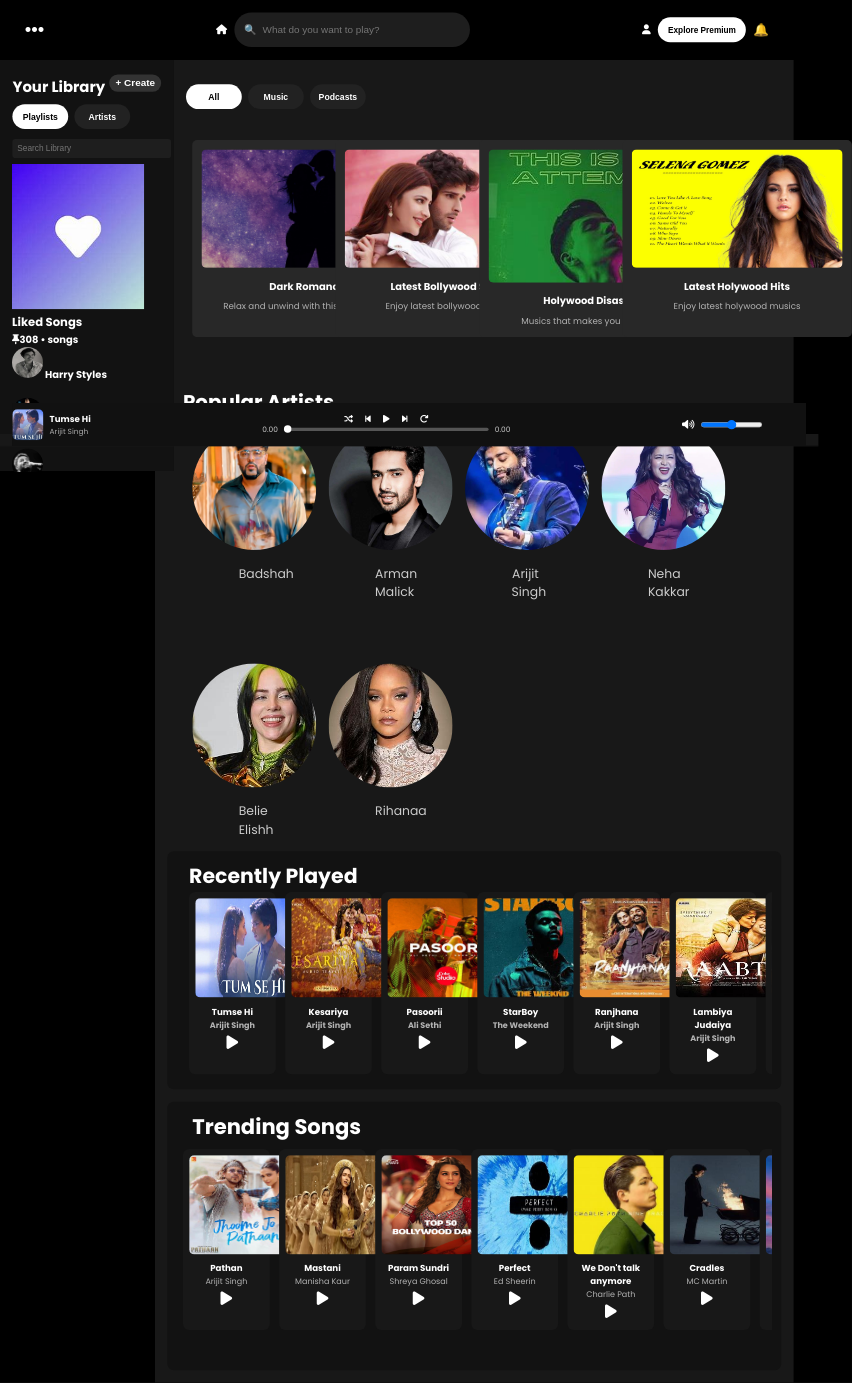
Repository: IshikaSinghRajput/Spotify_Clone
Page: index.html
The author's editor kept a copy of each file at every save. The page is drawn from the files as they stood at one save, then again after the next save.
The browser window is 1280 px wide. The page is 1374 px wide, so the pictures cover 1374 px, including what lies to the right of the window. The pictures show the whole page, at 62% of full size.

Above is the page before, as saved 2025-04-26 15:49:51.

After the next save:
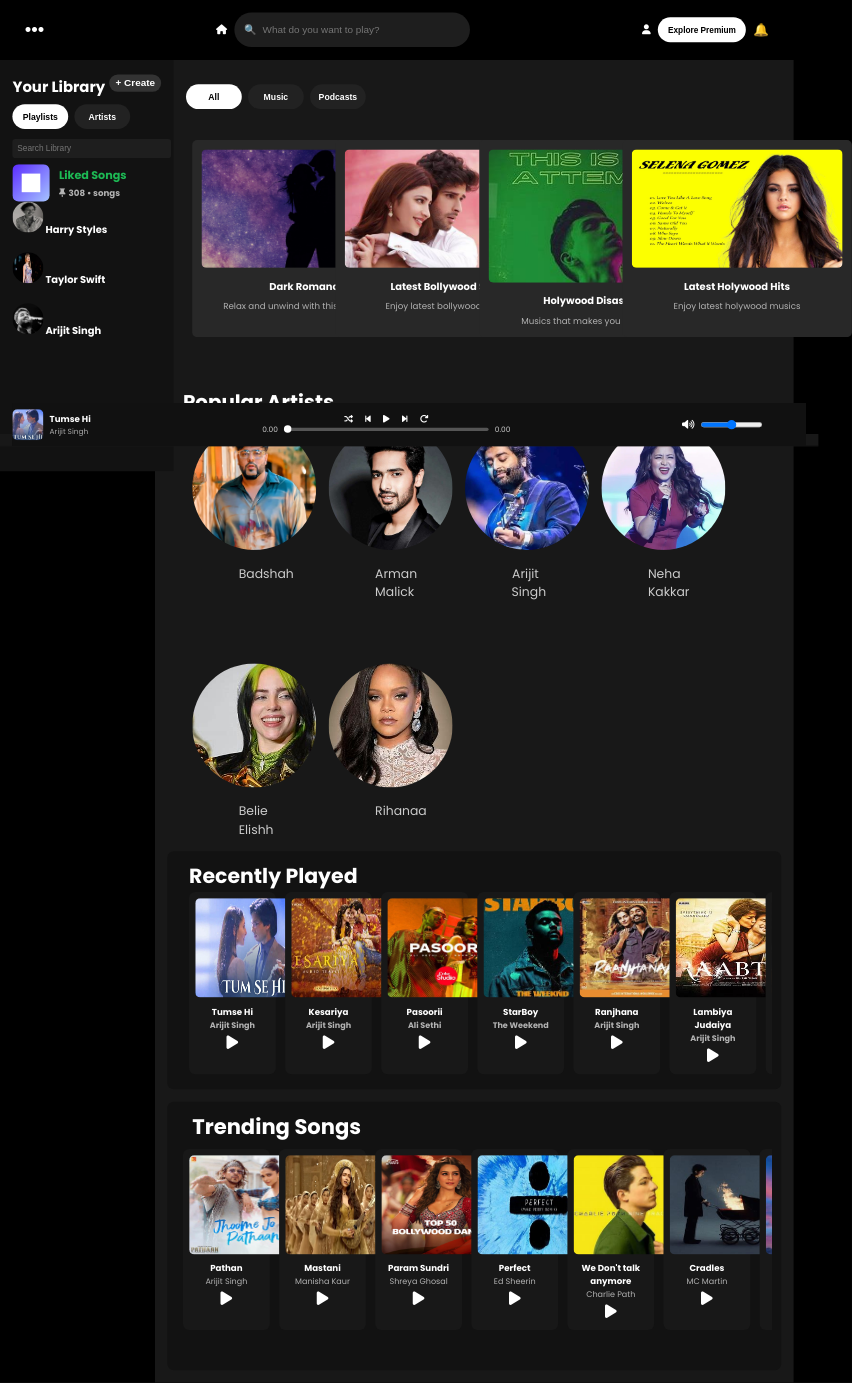
Saved 68 s later.
--- a/style.css
+++ b/style.css
@@ -558,6 +558,50 @@
     background-color: #282828;
   }
 
+  /*Liked Songs*/
+
+.liked-songs-card {
+    display: flex;
+    align-items: center;
+    gap: 15px;
+  }
+
+  .icon {
+    width: 60px;
+    height: 60px;
+    background: linear-gradient(135deg, #5b2bff, #a5c4ff);
+    display: flex;
+    justify-content: center;
+    align-items: center;
+    border-radius: 10px; /* makes it slightly rounded like in second image */
+  }
+
+  .icon img {
+    width: 30px;
+    height: 30px;
+    filter: brightness(0) invert(1); /* make heart icon white */
+  }
+
+  .text-content h3 {
+    margin: 0;
+    color: #1DB954; /* Spotify green */
+    font-size: 18px;
+  }
+
+  .text-content p {
+    margin: 5px 0 0;
+    color: #b3b3b3; /* grey text */
+    font-size: 14px;
+    display: flex;
+    align-items: center;
+    gap: 5px;
+  }
+
+  .pin-icon {
+    width: 14px;
+    height: 14px;
+  }
+
 
 
 /*<------------------------------------------------------------------>*/
